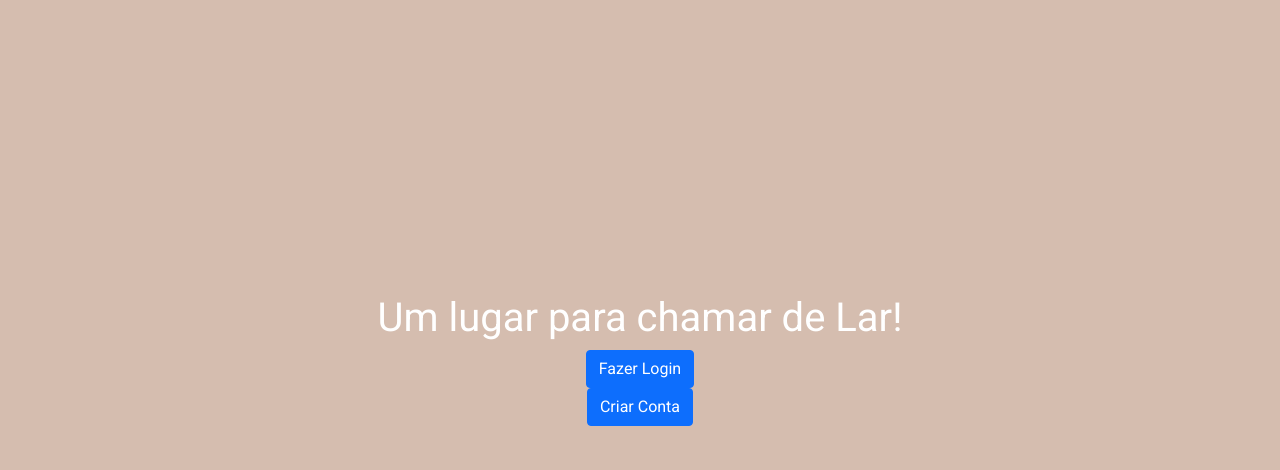
Repository: telesbp/Projeto-4-e-Projeto-5
Page: / (app in front-end/)
The author's editor kept a copy of each file at every save. The page is drawn from the files as they stood at one save, then again after the next save.
The browser window is 1280 px wide. The pictures show the whole page.
The project was rebuilt for these pictures with package versions that can differ from the ones it lists, and the page was loaded fresh each time.

Above is the page before, as saved 2022-07-17 13:57:56.

### front-end/public/index.html
<!DOCTYPE html>
<html lang="pt-BR">
  <head>
    <meta charset="utf-8" />
    <link rel="icon" href="%PUBLIC_URL%/favicon.ico" />
    <meta name="viewport" content="width=device-width, initial-scale=1" />
    <meta name="theme-color" content="#000000" />
    <meta
      name="description"
      content="Seu negócio automatizado!"
    />
    <link rel="apple-touch-icon" href="%PUBLIC_URL%/logo192.png" />
    <!--
      manifest.json provides metadata used when your web app is installed on a
      user's mobile device or desktop. See https://developers.google.com/web/fundamentals/web-app-manifest/
    -->
    <link rel="manifest" href="%PUBLIC_URL%/manifest.json" />
    <!--
      Notice the use of %PUBLIC_URL% in the tags above.
      It will be replaced with the URL of the `public` folder during the build.
      Only files inside the `public` folder can be referenced from the HTML.

      Unlike "/favicon.ico" or "favicon.ico", "%PUBLIC_URL%/favicon.ico" will
      work correctly both with client-side routing and a non-root public URL.
      Learn how to configure a non-root public URL by running `npm run build`.
    -->
    <title>Stagio</title>

    <link rel="preconnect" href="https://fonts.googleapis.com">
    <link rel="preconnect" href="https://fonts.gstatic.com" crossorigin>
    <link href="https://fonts.googleapis.com/css2?family=Roboto:wght@400;700&display=swap" rel="stylesheet">
  </head>
  <body>
    <noscript>You need to enable JavaScript to run this app.</noscript>
    <div id="root"></div>
    <!--
      This HTML file is a template.
      If you open it directly in the browser, you will see an empty page.

      You can add webfonts, meta tags, or analytics to this file.
      The build step will place the bundled scripts into the <body> tag.

      To begin the development, run `npm start` or `yarn start`.
      To create a production bundle, use `npm run build` or `yarn build`.
    -->
  </body>
</html>

### front-end/src/index.tsx
import React from 'react';
import ReactDOM from 'react-dom/client';
import App from './App';
import 'bootstrap/dist/css/bootstrap.min.css';
import { BrowserRouter } from 'react-router-dom';
import 'react-toastify/dist/ReactToastify.css';
import { ToastContainer } from 'react-toastify';
import { GlobalStyle } from './assets/img/css/global';

const root = ReactDOM.createRoot(
  document.getElementById('root') as HTMLElement
);
root.render(
  <React.StrictMode>
    <BrowserRouter>
    <GlobalStyle/>
      <App />
      <ToastContainer/>
    </BrowserRouter>
  </React.StrictMode>
);

### front-end/src/App.tsx
import { HomeView } from "./views/Home";

function App() {
  return (
    <HomeView/>
  );
}

export default App;

### front-end/src/assets/img/css/global.ts
import { createGlobalStyle } from "styled-components";

export const GlobalStyle = createGlobalStyle`
    body{
       font-family: 'Roboto', sans-serif;
    }
`

### front-end/src/views/Home/index.tsx
import { Button, Container } from "react-bootstrap";
import styled from "styled-components";

export function HomeView(){
    return(
        <Banner className="vh-100">
            <Container className="h-100 d-flex flex-column justify-content-center align-items-center">
                <h1 className="text-center text-white text-lg-start">Um lugar para chamar de Lar!</h1>
                <Button>Fazer Login</Button>
                <Button>Criar Conta</Button>
            </Container>
        </Banner>
    )
}

const Banner = styled.div`
    background-color: #d5bdaf;
`

After the next save:
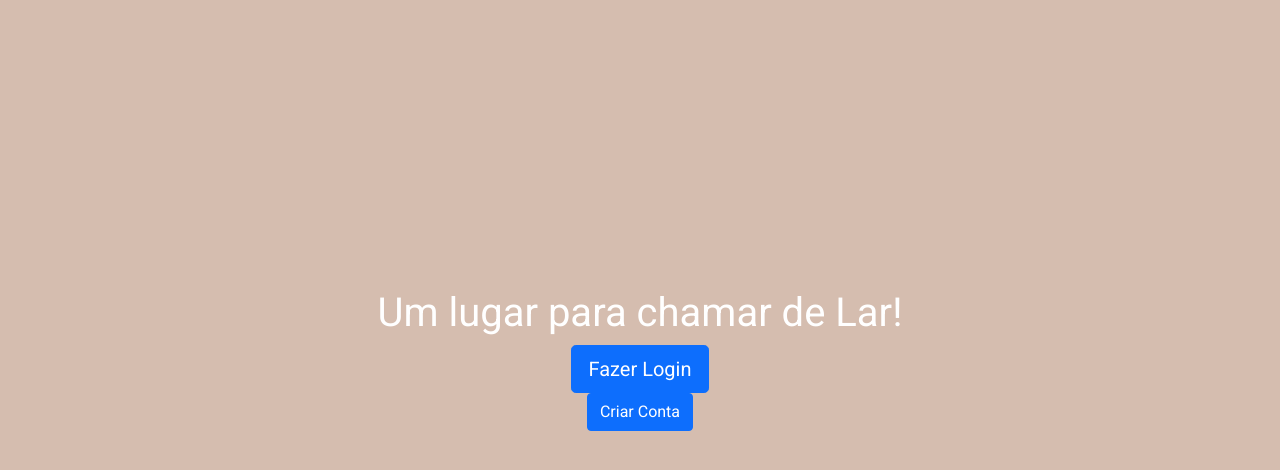
Saved 38 s later.
--- a/front-end/src/views/Home/index.tsx
+++ b/front-end/src/views/Home/index.tsx
@@ -6,7 +6,7 @@ export function HomeView(){
         <Banner className="vh-100">
             <Container className="h-100 d-flex flex-column justify-content-center align-items-center">
                 <h1 className="text-center text-white text-lg-start">Um lugar para chamar de Lar!</h1>
-                <Button>Fazer Login</Button>
+                <Button size="lg">Fazer Login</Button>
                 <Button>Criar Conta</Button>
             </Container>
         </Banner>
